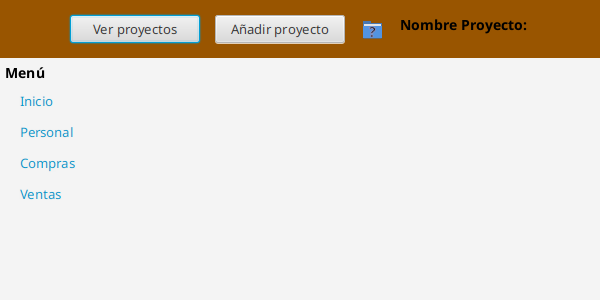
Repository: anxoportela/PROG
Program's window: java Java_Interfaz/ProyectoJavaFX/src/com/acarballeira/javaFX/ejemplo8/App.java
An editor plug-in stored every save of this project. The program's window is shown before and after the next save, followed by the edit.
It runs on Java 21 on a 1366 x 768 screen with JavaFX 11; the title bar is not drawn. It also reads Java_Interfaz/ProyectoJavaFX/src/com/acarballeira/javaFX/recursos/icona_cartafol.

Above is the program's window before, as saved 2020-03-05 20:44:05.

### Java_Interfaz/ProyectoJavaFX/src/com/acarballeira/javaFX/ejemplo8/App.java
package com.acarballeira.javaFX.ejemplo8;

import java.io.InputStream;
import javafx.application.Application;
import javafx.geometry.Insets;
import javafx.geometry.Pos;
import javafx.scene.Scene;
import javafx.scene.control.Button;
import javafx.scene.control.Hyperlink;
import javafx.scene.control.Label;
import javafx.scene.image.Image;
import javafx.scene.image.ImageView;
import javafx.scene.layout.BorderPane;
import javafx.scene.layout.GridPane;
import javafx.scene.layout.HBox;
import javafx.scene.layout.Pane;
import javafx.scene.layout.StackPane;
import javafx.scene.layout.VBox;
import javafx.scene.paint.Color;
import javafx.scene.text.Font;
import javafx.scene.text.FontWeight;
import javafx.scene.text.Text;
import javafx.stage.Stage;

public class App extends Application {
	@Override
	public void start(Stage primaryStage) {

		primaryStage.setTitle("Ola Mundo!!!");

		BorderPane bp = new BorderPane();
		HBox hbox = (HBox) crearHbox();
		VBox vbox = (VBox) crearVbox();
		StackPane sp = (StackPane) crearStackPane();
		GridPane gp = (GridPane) crearGridPane();

		bp.setTop(hbox);
		bp.setLeft(vbox);
		hbox.setAlignment(Pos.CENTER);
		hbox.getChildren().add(sp);
		hbox.getChildren().add(gp);

		Scene primaryScene = new Scene(bp, 600, 300, Color.AQUA);
		primaryStage.setScene(primaryScene);
		primaryStage.show();

	}

	private Pane crearGridPane() {
		GridPane grid = new GridPane();
		Text titulo = new Text("Nombre Proyecto: ");
		titulo.setFont(Font.font("Verdana", FontWeight.BOLD, 14));
		grid.add(titulo, 1, 0);
		return grid;
	}

	private Pane crearStackPane() {
		StackPane stack = new StackPane();
		InputStream is = App.class.getResourceAsStream("/com/acarballeira/javaFX/recursos/icona_cartafol.png");
		Image img = new Image(is);
		ImageView imgV = new ImageView(img);
		imgV.setFitHeight(25);
		imgV.setFitWidth(25);

		Text ayuda = new Text("?");
		ayuda.setFont(Font.font("Verdana", FontWeight.BOLD, 14));
		ayuda.setFill(Color.BLACK);
		ayuda.setStroke(Color.web("#9090C0"));
		//ayuda.setStrokeWidth(2.5);
		stack.setMargin(ayuda, new Insets(5,0,0,0));
		stack.getChildren().add(imgV);
		stack.getChildren().add(ayuda);
		return stack;
	}

	private Pane crearHbox() {
		HBox hbox = new HBox();
		Button btn1 = new Button("Ver proyectos");
		Button btn2 = new Button("Añadir proyecto");
		hbox.setPadding(new Insets(15, 15, 15, 15));
		hbox.setSpacing(15);
		hbox.setStyle("-fx-background-color: #995500");
		btn1.setPrefSize(130, 25);
		btn2.setPrefSize(130, 25);
		hbox.getChildren().addAll(btn1, btn2);
		return hbox;
	}

	private Pane crearVbox() {
		VBox vbox = new VBox();
		vbox.setSpacing(5);
		vbox.setPadding(new Insets(5));
		Text titulo = new Text("Menú");
		titulo.setFont(Font.font("Arial", FontWeight.BOLD, 14));
		vbox.getChildren().add(titulo);

		Hyperlink [] opciones = new Hyperlink[] {
				new Hyperlink("Inicio"),
				new Hyperlink("Personal"),
				new Hyperlink("Compras"),
				new Hyperlink("Ventas"),
		};

		for (int i = 0; i < opciones.length; i++) {
			VBox.setMargin(opciones[i], new Insets(0,0,0,10));
			vbox.getChildren().add(opciones[i]);
		}

		return vbox;
	}

	public static void main(String[] args) {
		Application.launch();
	}
}

After the next save:
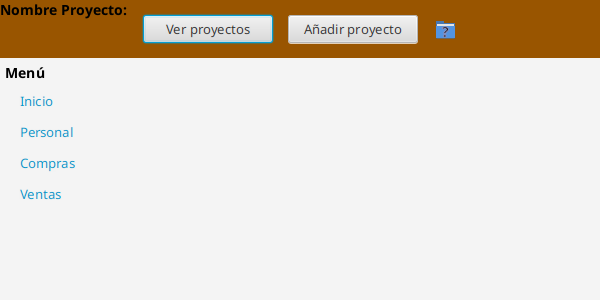
Saved 18 s later.
--- a/Java_Interfaz/ProyectoJavaFX/src/com/acarballeira/javaFX/ejemplo8/App.java
+++ b/Java_Interfaz/ProyectoJavaFX/src/com/acarballeira/javaFX/ejemplo8/App.java
@@ -38,7 +38,7 @@
 		bp.setLeft(vbox);
 		hbox.setAlignment(Pos.CENTER);
 		hbox.getChildren().add(sp);
-		hbox.getChildren().add(gp);
+		bp.getChildren().add(gp);
 
 		Scene primaryScene = new Scene(bp, 600, 300, Color.AQUA);
 		primaryStage.setScene(primaryScene);
